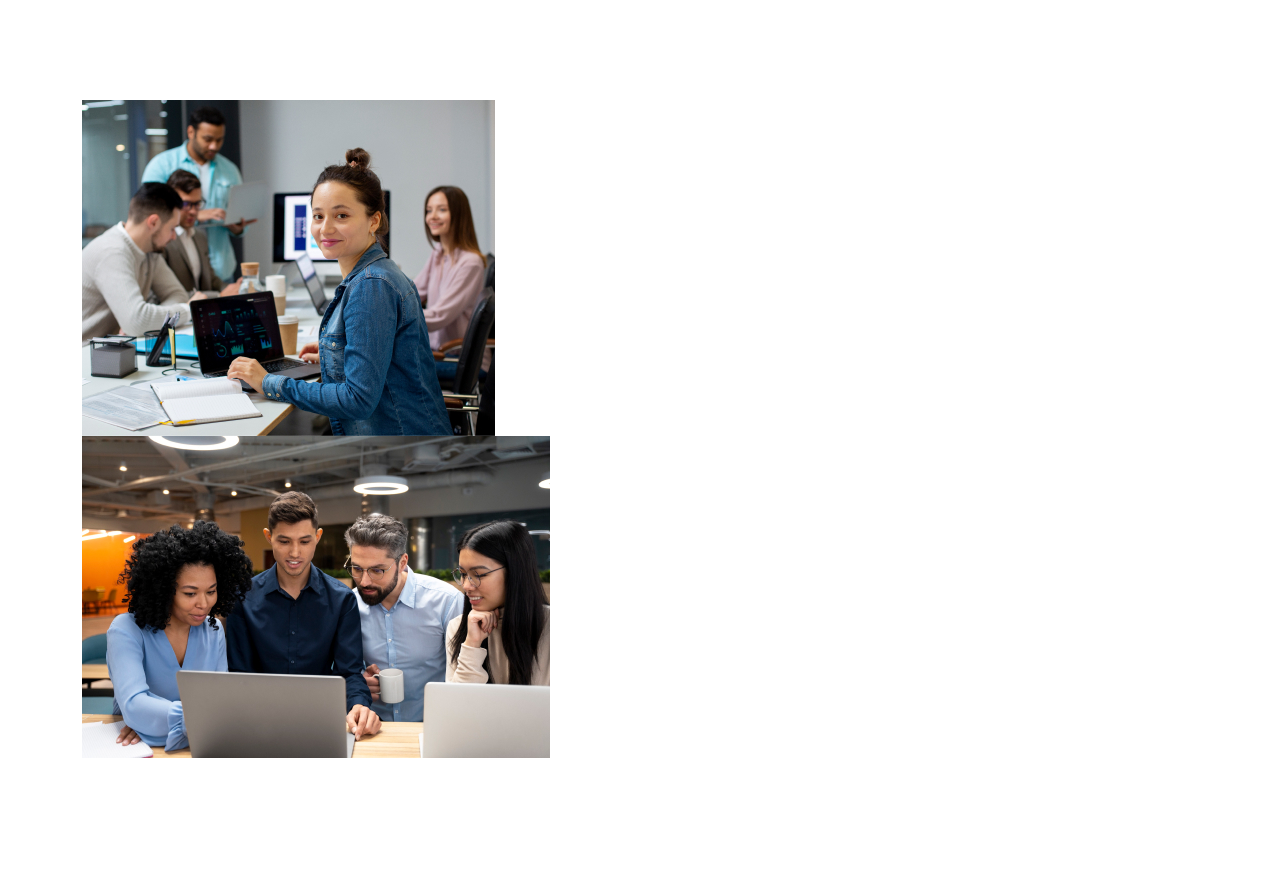
Repository: tagnam/mirehel2.0
Page: about.html
These files come from the project's save history. The page is drawn as it stood at one moment and after the next save; the edit follows.
The browser window is 1280 px wide. The pictures show the whole page.

Above is the page before, as saved 2025-02-03 11:44:50.

### about.html
<!DOCTYPE html>
<html lang="en">
<head>
    <meta charset="UTF-8">
    <meta name="viewport" content="width=device-width, initial-scale=1.0">
    <title>about</title>
    <link href="https://cdn.jsdelivr.net/npm/bootstrap@5.0.2/dist/css/bootstrap.min.css" rel="stylesheet" integrity="sha384-EVSTQN3/azprG1Anm3QDgpJLIm9Nao0Yz1ztcQTwFspd3yD65VohhpuuCOmLASjC" crossorigin="anonymous">
    <link rel="stylesheet" href="style/css/animation.css">
    <link rel="stylesheet" href="style/css/style.css">
    <link rel="stylesheet" href="style/css/animation.css">
</head>
<body>
<!--======================================== about section ==================================== -->


<section>
    <div class="container">
        <div class="row">
            <div class="col-lg-6">
                <div class="about-left">
                    <figure class="">
                        <img src="images/about-img-1.jpg" alt="">
                        <img src="images/about-img-2.jpg" alt="">

                    </figure>
                </div>
            </div>
            <div class="col-lg-6"></div>
        </div>
    </div>
</section>

<!--======================================== end about section ==================================== -->












    <script src="https://cdn.jsdelivr.net/npm/bootstrap@5.0.2/dist/js/bootstrap.bundle.min.js" integrity="sha384-MrcW6ZMFYlzcLA8Nl+NtUVF0sA7MsXsP1UyJoMp4YLEuNSfAP+JcXn/tWtIaxVXM" crossorigin="anonymous"></script>
    <script src="https://cdn.jsdelivr.net/npm/@popperjs/core@2.9.2/dist/umd/popper.min.js" integrity="sha384-IQsoLXl5PILFhosVNubq5LC7Qb9DXgDA9i+tQ8Zj3iwWAwPtgFTxbJ8NT4GN1R8p" crossorigin="anonymous"></script>
    <script src="https://cdn.jsdelivr.net/npm/bootstrap@5.0.2/dist/js/bootstrap.min.js" integrity="sha384-cVKIPhGWiC2Al4u+LWgxfKTRIcfu0JTxR+EQDz/bgldoEyl4H0zUF0QKbrJ0EcQF" crossorigin="anonymous"></script>
</body>
</html>

### style/css/style.css

@import url('https://fonts.googleapis.com/css2?family=Hind:wght@300;400;500;600;700&family=Inter:ital,opsz,wght@0,14..32,100..900;1,14..32,100..900&family=Open+Sans:ital,wght@0,300..800;1,300..800&family=Oswald:wght@200..700&family=Poppins:ital,wght@0,100;0,200;0,300;0,400;0,500;0,600;0,700;0,800;0,900;1,100;1,200;1,300;1,400;1,500;1,600;1,700;1,800;1,900&family=Raleway:ital,wght@0,100..900;1,100..900&family=Roboto:ital,wght@0,100;0,300;0,400;0,500;0,700;0,900;1,100;1,300;1,400;1,500;1,700;1,900&family=Urbanist:ital,wght@0,100..900;1,100..900&display=swap');
@import url("https://cdn.jsdelivr.net/npm/bootstrap-icons@1.11.3/font/bootstrap-icons.min.css");
*{
    margin: 0;
    padding: 0;
    box-sizing: border-box;
}

:root{
    --primary-color: #252A4E;
    --secondary-color: #a249ed;

}

body{
    font-family: "Hind", serif;

    color:#252A4E;
}

section{
    padding: 100px 0;
}

.row-container{
    margin-top: 50px;
}
.banner-section{
    background-image: url(/images/banner-bg.webp);
    background-size: cover;
    background-position: center;
    /* background-attachment: fixed; */
    /* height: 100vh; */
    position: relative;
    margin: 15px;
    padding: 8px;
}
.section-btn{
    height: 100%;
    display: flex
;
    justify-content: flex-end;
    align-items: flex-end;
}

.title{
    font-size: 55px;
    font-weight: 800;
    line-height: 1;
}

.banner-img{
    position: relative;
    bottom: -89px;
}
.banner-content{
    margin-top: 100px;
    padding-right: 100px;
}

.banner-title{
    font-size: 70px;
    font-weight: 800;
    line-height: 1;
}

.banner-text{
    font-size: 20px;
    font-weight: 400;
    line-height: 1.5;
    margin-top: 20px;
    color:#515670;
}

.banner-title span{
    color: var(--secondary-color);
}
.sub-heading{
    position: relative;
    display: inline-block;
    font-size: 16px;
    letter-spacing: 0.32px;
    line-height: 26px;
    font-weight: 400;
    font-family: var(--galada);
    text-transform: uppercase;
    background: linear-gradient(90deg, #FFA835 -3.85%, #FA3DCC 97.3%, #FA3AD0 100%);
    background-clip: text;
    -webkit-background-clip: text;
    -webkit-text-fill-color: transparent;

    margin-bottom: 12px;
}




.banner-icon{
    width: 100%;
    background: linear-gradient(90deg, #9255CE -2.17%, #BE60FF 100%);
    box-shadow: 0px 0px 20px 0px rgba(0, 0, 0, 0.08);
    border-radius: 30px 45px 30px 30px;
    position: relative;
    padding: 20px;
    top: 28px;
    right: -13px;
}

.banner-icon h2{
    font-size: 45px;
    font-weight: 800;
    /* line-height: 1.5; */
    color: #fff;
    /* margin-bottom: 20px; */
    text-align: start;
    margin: unset;
    line-height: 38px;
    padding: 10px;
}

.banner-icon h4{
    font-size: 27px;
    font-weight: 600;
    line-height: 1.5;
    color: #fff;
    /* margin-top: 20px; */
    text-align: start;
    text-transform: uppercase;
}


.marquee-content{
    background: linear-gradient(90deg, #70DBFF 0%, #DD98FF 100%);
    border-radius: 0 0 35px 30px;
    overflow: hidden;
    padding: 23px 45px;
    width: 100%;
    position: absolute;
    left: 9px;
    bottom: -12px;
    display: flex;
    justify-content: space-between;
    align-items: center;
}


/* <!--===================================== about section end ========================================--> */
.about-right-container{
    padding-left: 50px;
}
.about-text p{
    font-size: 18px;
    line-height: 1.5;
    color: #515670;
    margin-top: 20px;
}

.about-img{
    position: relative;
    transform: translate(30px, 30px);
    width: 100%;
}

.about-figure{
    position: relative;
  background-color: aqua;
  padding: 20px;
}


.about-list{

    list-style: none;
    padding: unset;
}

.about-list li{
    display: flex;
    align-items: center;
    margin-bottom: 20px;
    justify-content: space-between;
}

.about-icon{

    display: flex;
    justify-content: center;
    align-items: center;
    background-color:var(--secondary-color);
    width: 78px;
    height: 84px;
    background: linear-gradient(90deg, #5A1CCB -2.17%, #815EDC 100%);
    border-radius: 50px 6px 6px 6px;
}

.about-icon .bi{
    font-size: 45px;
    color: #fff;
    display: flex;
    justify-content: center;
    align-items: center;
}


.about-list-title{
    font-size: 27px;
    line-height: 1.16;
    margin-bottom: 4px;
    font-weight: 600;
}

.about-list-text p{
    font-size: 16px;
    line-height: 1.5;
    color: #515670;
    margin: unset;
}
/* <!--===================================== about section end ========================================--> */




/* <!--===================================== service section start ========================================--> */

.service-index {
    width: 100%;
    display: flex;
    justify-content: center;
    align-items: center;
}

.service-index h2{
    position: relative;
    display: inline-block;

    letter-spacing: 0.32px;
margin: unset;
    font-weight: 600;
    font-family: var(--galada);
    text-transform: uppercase;
    background: linear-gradient(90deg, #FFA835 -3.85%, #FA3DCC 97.3%, #FA3AD0 100%);
    background-clip: text;
    -webkit-background-clip: text;
    -webkit-text-fill-color: transparent;

}

.service-title h3{
    font-size: 40px;
    font-weight: 800;
    line-height: 1;
    color: #252A4E;
    margin-bottom: 20px;
}

.service-row{
    border-bottom: 2px solid red;
    margin-bottom: 30px;
}

.service-icon{
    display: flex;
    justify-content: center;
}

.service-icon .bi{
    font-size: 45px;
    color:red;
    display: flex;
    justify-content: center;
    align-items: center;
}
/* <!--===================================== service section end ========================================--> */




/* <!--===================================== project section start========================================--> */




/* <!--===================================== project section start========================================--> */





/* <!--===================================== testimonial section start========================================--> */


.testimonial-card{
    background: linear-gradient(90deg, #70DBFF 0%, #DD98FF 100%);
    padding: 0px 20px;
    border-radius: 20px;
}


.testimonial-img{
    height: 58px;
    width: 58px;
    background: red;
    border-radius: 64%;
    border: 2px solid;
}

.testimonial-top{
    padding-bottom: 20px;
    border-bottom: 1px solid #fff;

}


.testimonial-bottom h2{
    font-size: 65px;
    font-weight: 600;
    line-height: 1.5;
    color: #fff;
    margin-top: 20px;
    text-align: start;
    text-transform: uppercase;
}

.testimonial-bottom p{
    font-size: 20px;
    line-height: 1.5;
    color: #fff;
    margin: unset;
}

  .testimonial .testimonial-content {
    margin: 10px 10px 0;
    /* background: #efefef; */
    padding: 0px 60px;
    position: relative;
    border: none;
    border-radius: 8px;
    font-style: italic;
    font-size: 25px;
    border: 2px solid;
    border-radius: 20px;
  }

  .testimonial .testimonial-content:before,
  .testimonial .testimonial-content:after {
    content: "\201C";
    position: absolute;
    font-size: 80px;
    line-height: 1;
    color: #757f9a;
    font-style: normal;
  }

  .testimonial .testimonial-content:before {
    top: 0;
    left: 10px;
  }

  .testimonial .testimonial-content:after {
    content: "\201D";
    right: 10px;
    bottom: -0.5em;
  }

.testimonial-start{
    display: flex    ;
        justify-content: left;
        align-items: center;
        margin: 20px 0px;
}

.testimonial-start .bi{
    margin: 0px 5px;
    font-size: 20px;
}
/* <!--===================================== testimonial section start========================================--> */

/* <!--===================================== project section start========================================--> */
.project-img{
    height: 550px;
}

.project-card .project-img {
    transition: 1ms ease-in-out;
}

.project-card:hover .project-img{
    transform: scaleX(1) scaleY(1) scaleZ(0.1) rotateX(15deg) rotateY(0deg) rotateZ(0deg) translateX(0px) translateY(0px) translateZ(0px) skewX(0deg) skewY(0deg);
}

.project-content{
    margin-top: -100px;
    z-index: 1;
}
/* <!--===================================== project section end========================================--> */



/* <!--===================================== choice section start========================================--> */

.choice-container{
    position: relative;
    padding: 10px;
    background-color: transparent;
height: 400px;
border: 15px solid transparent;
  /* border-image:linear-gradient(180deg, red 0%, #00000000 90.04%); */
  /* border-image:linear-gradient(180deg, #00000000  0%, red 90.04%); */
  border-image-slice: 1;
border-radius: 20px;
background: linear-gradient(white, white) padding-box,
linear-gradient(180deg, red 0%, #00000000 90.04%) border-box;
}

/* <!--===================================== choice section end========================================--> */

Loaded but not shown: style/css/animation.css (no stored copy; drawn as an empty file)

After the next save:
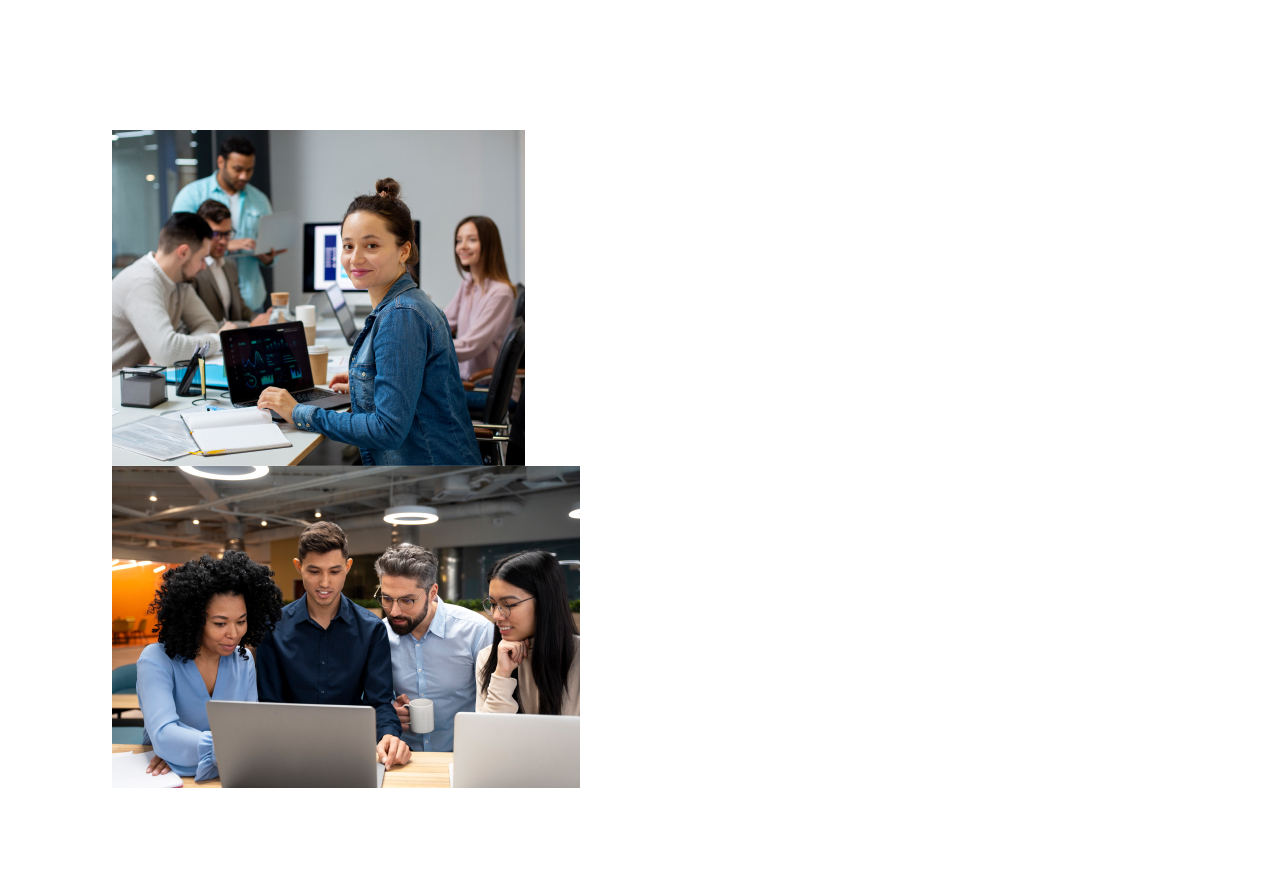
Saved 4 s later.
--- a/about.html
+++ b/about.html
@@ -18,7 +18,7 @@
         <div class="row">
             <div class="col-lg-6">
                 <div class="about-left">
-                    <figure class="">
+                    <figure class="about-img">
                         <img src="images/about-img-1.jpg" alt="">
                         <img src="images/about-img-2.jpg" alt="">
 

After the 3 saves that followed:
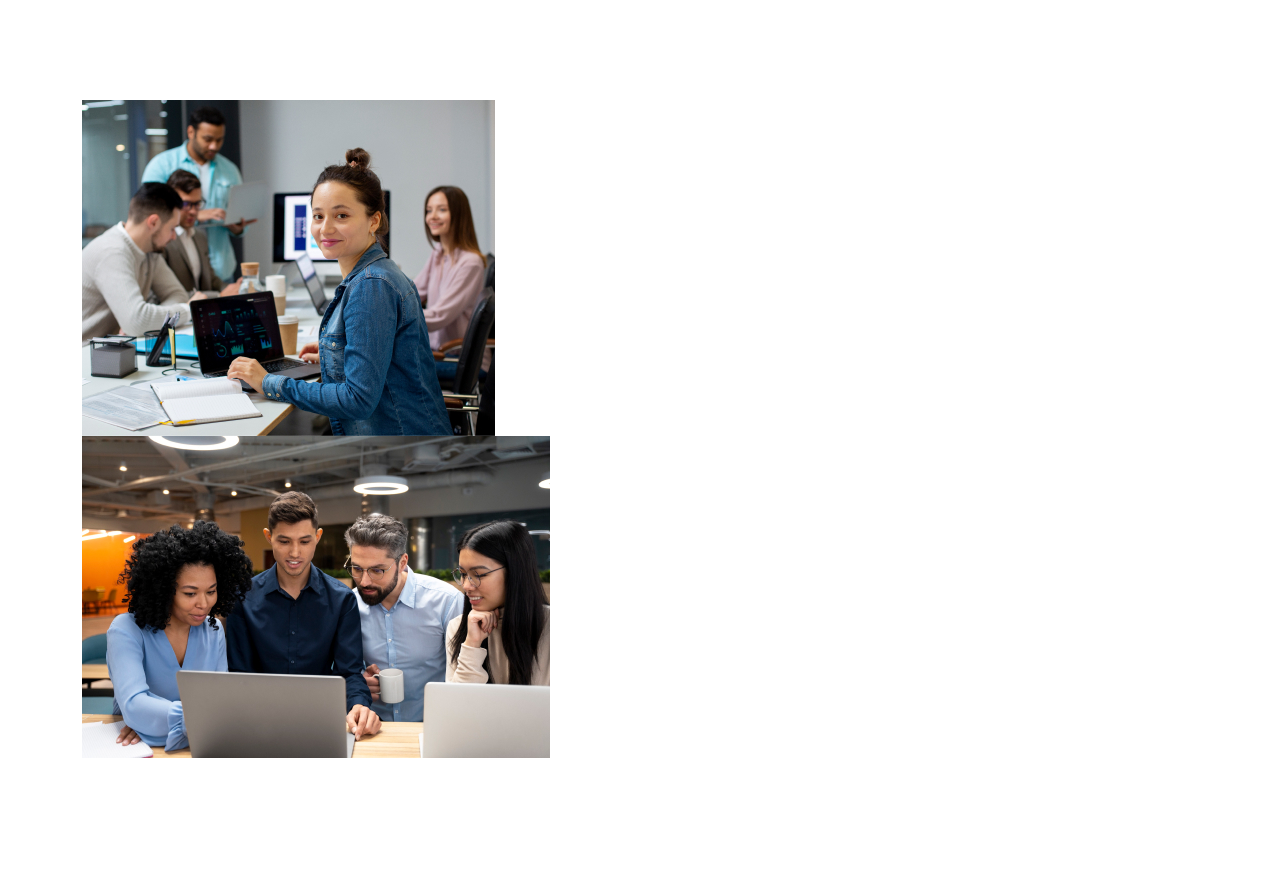
The 3 saves are shown as one change because they came seconds apart.
The last was saved 10 s later.
--- a/about.html
+++ b/about.html
@@ -18,10 +18,9 @@
         <div class="row">
             <div class="col-lg-6">
                 <div class="about-left">
-                    <figure class="about-img">
+                    <figure class="about-img-container">
                         <img src="images/about-img-1.jpg" alt="">
                         <img src="images/about-img-2.jpg" alt="">
-
                     </figure>
                 </div>
             </div>
